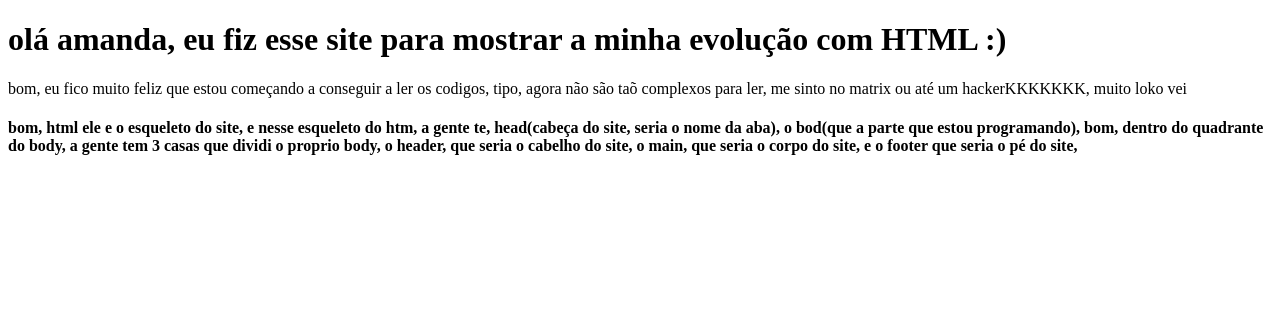
Repository: Jhones17/HTML-CURSO-V1
Page: index.html
An editor plug-in stored every save of this project. The page is shown before and after the next save, followed by the edit.
The browser window is 1280 px wide. The pictures show the whole page.

Above is the page before, as saved 2025-03-16 00:30:41.

### index.html
<!DOCTYPE html>
<html>
    <head>
        <title>CURSO HTML</title>
    <meta name="description" content="aqui você verá o meu conhecimento sobre HTML,
    o será um documentario do que eu aprendi com HTML, espero que se divirta e goste de o que eu aprendi :)">
    </head>
    <body>
        <header>
            <h1>olá amanda, eu fiz esse site para mostrar a minha evolução com HTML :) </h1>
            <p>bom, eu fico muito feliz que estou começando a conseguir a ler os codigos, tipo, agora não são taõ complexos para ler,
                me sinto no matrix ou até um hackerKKKKKKK, muito loko vei
            </p>
        </header>
        <h4>  bom, html ele e o esqueleto do site, e nesse esqueleto do htm, a gente te, head(cabeça do site, seria o nome da aba), o bod(que a parte que estou programando),
            bom, dentro do quadrante do body, a gente tem 3 casas que dividi o proprio body, o header, que seria o cabelho do site, o main, que seria o corpo do site, e o footer
            que seria o pé do site,</h4>

            <main></main>
        <footer></footer>
    </body>
 </html>

After the next save:
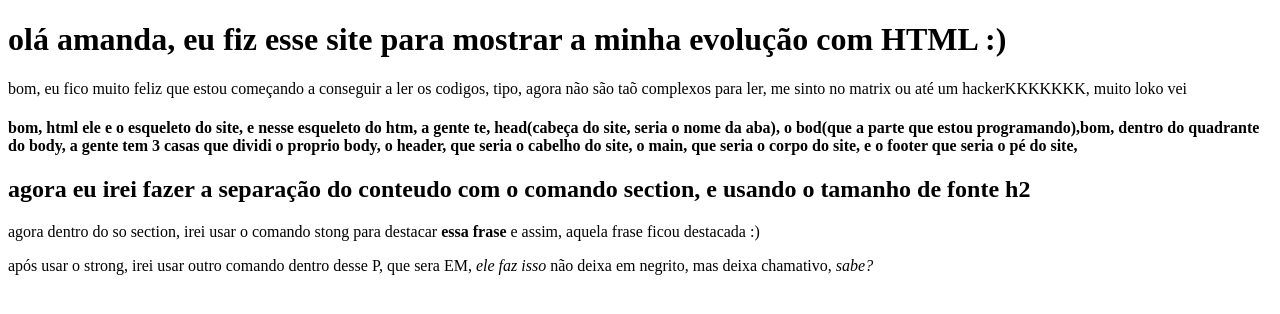
Saved 18 min 17 s later.
--- a/index.html
+++ b/index.html
@@ -2,21 +2,32 @@
 <html>
     <head>
         <title>CURSO HTML</title>
-    <meta name="description" content="aqui você verá o meu conhecimento sobre HTML,
-    o será um documentario do que eu aprendi com HTML, espero que se divirta e goste de o que eu aprendi :)">
-    </head>
-    <body>
-        <header>
-            <h1>olá amanda, eu fiz esse site para mostrar a minha evolução com HTML :) </h1>
-            <p>bom, eu fico muito feliz que estou começando a conseguir a ler os codigos, tipo, agora não são taõ complexos para ler,
-                me sinto no matrix ou até um hackerKKKKKKK, muito loko vei
+            <meta name="description" content="aqui você verá o meu conhecimento sobre HTML,
+            o será um documentario do que eu aprendi com HTML, espero que se divirta e goste de o que eu aprendi :)">
+            </head>
+                  <body>
+                      <header>
+                    <h1>olá amanda, eu fiz esse site para mostrar a minha evolução com HTML :) </h1>
+                <p>bom, eu fico muito feliz que estou começando a conseguir a ler os codigos, tipo,
+                agora não são taõ complexos para ler, me sinto no matrix ou até um hackerKKKKKKK, muito loko vei
             </p>
         </header>
-        <h4>  bom, html ele e o esqueleto do site, e nesse esqueleto do htm, a gente te, head(cabeça do site, seria o nome da aba), o bod(que a parte que estou programando),
-            bom, dentro do quadrante do body, a gente tem 3 casas que dividi o proprio body, o header, que seria o cabelho do site, o main, que seria o corpo do site, e o footer
-            que seria o pé do site,</h4>
+       <h4>  bom, html ele e o esqueleto do site, e nesse esqueleto do htm, a gente te, head(cabeça do site, seria o nome da aba),
+         o bod(que a parte que estou programando),bom, dentro do quadrante do body, a gente tem 3
+         casas que dividi o proprio body, o header, que seria o cabelho do site, o main, que seria o corpo do site, e o footer que seria o pé do site,</h4>
+    <main>
+   <section>
+  <h2> agora eu irei fazer a separação do conteudo com o comando section, e usando o tamanho de fonte h2
+</h2>
+<p> agora dentro do so section, irei usar o comando stong para destacar <strong> essa frase </strong> e assim, aquela frase ficou destacada :) </p>
+<p> após usar o strong, irei usar outro comando dentro desse P, que sera EM, <em> ele faz isso</em> não deixa em negrito, mas deixa chamativo, <em> sabe?</em></p>
 
-            <main></main>
+
+
+</section>
+
+
+            </main>
         <footer></footer>
     </body>
  </html>
